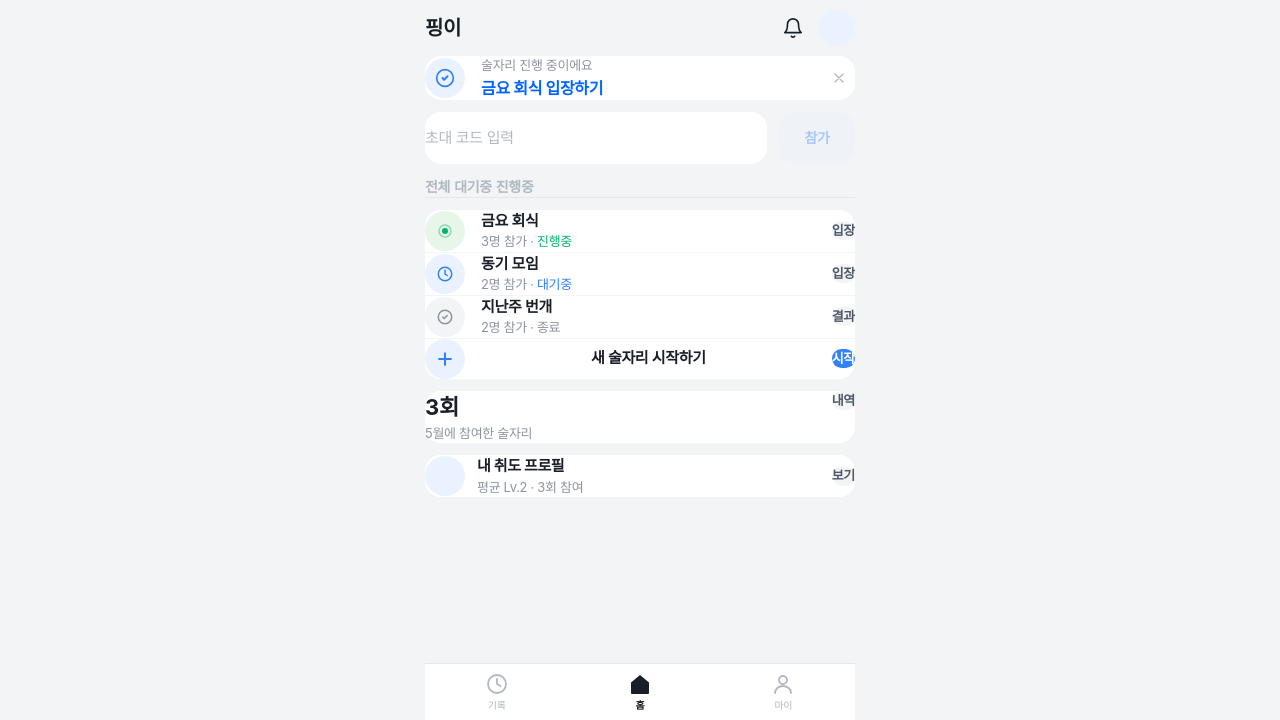
Repository: hyukwon311/Pingi-Front
Page: /home
An editor plug-in stored every save of this project. The page is shown before and after the next save, followed by the edit.
The browser window is 1280 px wide. The pictures show the whole page.
The project was rebuilt for these pictures with package versions that can differ from the ones it lists, and the page was loaded fresh each time. Also part of the build but not shown: vite.config.ts, src/pages/Splash.tsx, src/components/common/Button.tsx, src/components/common/Input.tsx, src/pages/Login.tsx, src/components/common/Card.tsx, src/components/common/Badge.tsx, src/pages/History.tsx and 20 more.

Above is the page before, as saved 2026-05-16 20:32:20.

After the next save:
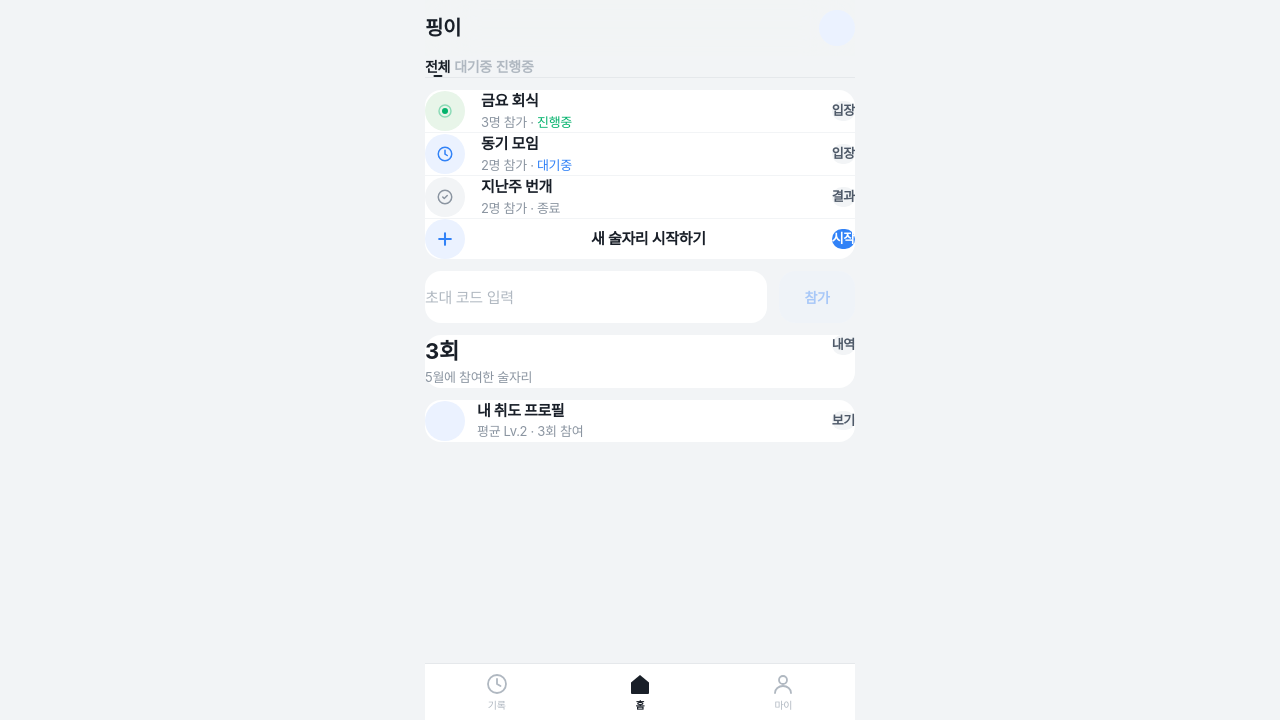
Saved 6 min 28 s later.
--- a/src/pages/Home.tsx
+++ b/src/pages/Home.tsx
@@ -3,7 +3,6 @@ import { useNavigate } from 'react-router-dom'
 import { useAuth } from '@/contexts/AuthContext'
 import Header from '@/components/layout/Header'
 import PageTransition from '@/components/layout/PageTransition'
-import AlertBanner from '@/components/home/AlertBanner'
 import SessionListCard from '@/components/home/SessionListCard'
 import SectionTabs from '@/components/home/SectionTabs'
 import StatsSummaryCard from '@/components/home/StatsSummaryCard'
@@ -57,9 +56,8 @@ const mockSessions: Session[] = [
 
 function filterSessions(sessions: Session[], tabIndex: number): Session[] {
   switch (tabIndex) {
-    case 0: return sessions.filter((s) => s.status === 'active' || s.status === 'baseline')
     case 1: return sessions.filter((s) => s.status === 'waiting')
-    case 2: return sessions.filter((s) => s.status === 'finished')
+    case 2: return sessions.filter((s) => s.status === 'active' || s.status === 'baseline')
     default: return sessions
   }
 }
@@ -67,10 +65,9 @@ function filterSessions(sessions: Session[], tabIndex: number): Session[] {
 export default function Home() {
   const { user } = useAuth()
   const navigate = useNavigate()
-  const [activeTab, setActiveTab] = useState(3)
+  const [activeTab, setActiveTab] = useState(0)
   const [inviteCode, setInviteCode] = useState('')
 
-  const activeSession = mockSessions.find((s) => s.status === 'active')
   const filteredSessions = filterSessions(mockSessions, activeTab)
   const currentMonth = new Date().getMonth() + 1
   const monthlyCount = mockSessions.filter((s) => {
@@ -90,28 +87,19 @@ export default function Home() {
         variant="home"
         title="핑이"
         right={
-          <>
-            <button className="w-9 h-9 flex items-center justify-center rounded-full active:bg-grey-200 transition-colors">
-              <svg width="22" height="22" viewBox="0 0 24 24" fill="none">
-                <path d="M18 8A6 6 0 106 8c0 7-3 9-3 9h18s-3-2-3-9" stroke="currentColor" strokeWidth="1.8" strokeLinecap="round" strokeLinejoin="round" />
-                <path d="M13.73 21a2 2 0 01-3.46 0" stroke="currentColor" strokeWidth="1.8" strokeLinecap="round" strokeLinejoin="round" />
-              </svg>
-            </button>
-            <button
-              onClick={() => navigate('/mypage')}
-              className="w-9 h-9 rounded-full bg-pingi-50 flex items-center justify-center text-[13px] font-bold text-pingi-600"
-            >
-              {user?.nickname.charAt(0)}
-            </button>
-          </>
+          <button
+            onClick={() => navigate('/mypage')}
+            className="w-9 h-9 rounded-full bg-pingi-50 flex items-center justify-center text-[13px] font-bold text-pingi-600"
+          >
+            {user?.nickname.charAt(0)}
+          </button>
         }
       />
 
       <div className="flex flex-col gap-3 pb-6">
-        <AlertBanner
-          sessionId={activeSession?.id}
-          sessionName={activeSession?.name}
-        />
+        <SectionTabs tabs={TABS} activeIndex={activeTab} onChange={setActiveTab} />
+
+        <SessionListCard sessions={filteredSessions} />
 
         <div className="mx-5 flex gap-3 items-center">
           <input
@@ -129,10 +117,6 @@ export default function Home() {
           </button>
         </div>
 
-        <SectionTabs tabs={TABS} activeIndex={activeTab} onChange={setActiveTab} />
-
-        <SessionListCard sessions={filteredSessions} />
-
         <StatsSummaryCard totalSessions={monthlyCount} month={currentMonth} />
 
         <ProfileCard
